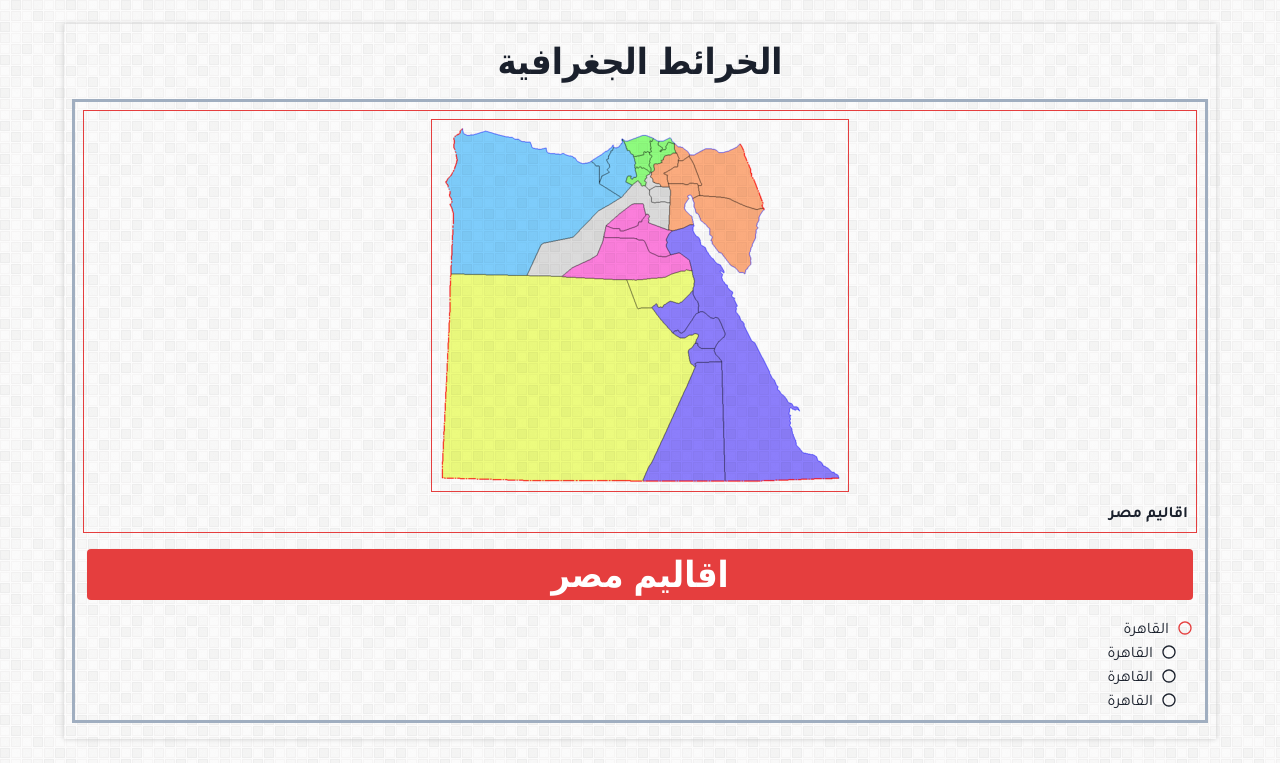
Repository: ahmed-mohamed-eng/egypt-gov-map
Page: /
The author's editor kept a copy of each file at every save. The page is drawn from the files as they stood at one save, then again after the next save.
The browser window is 1280 px wide. The pictures show the whole page.
Some web fonts or font styles are not loaded; a fallback is used. The project was rebuilt for these pictures with package versions that can differ from the ones it lists, and the page was loaded fresh each time. The framework's server and built-in components were replaced by stand-ins that run in the browser. Also part of the build but not shown: next.config.js.

Above is the page before, as saved 2022-05-30 13:40:41.

After the next save:
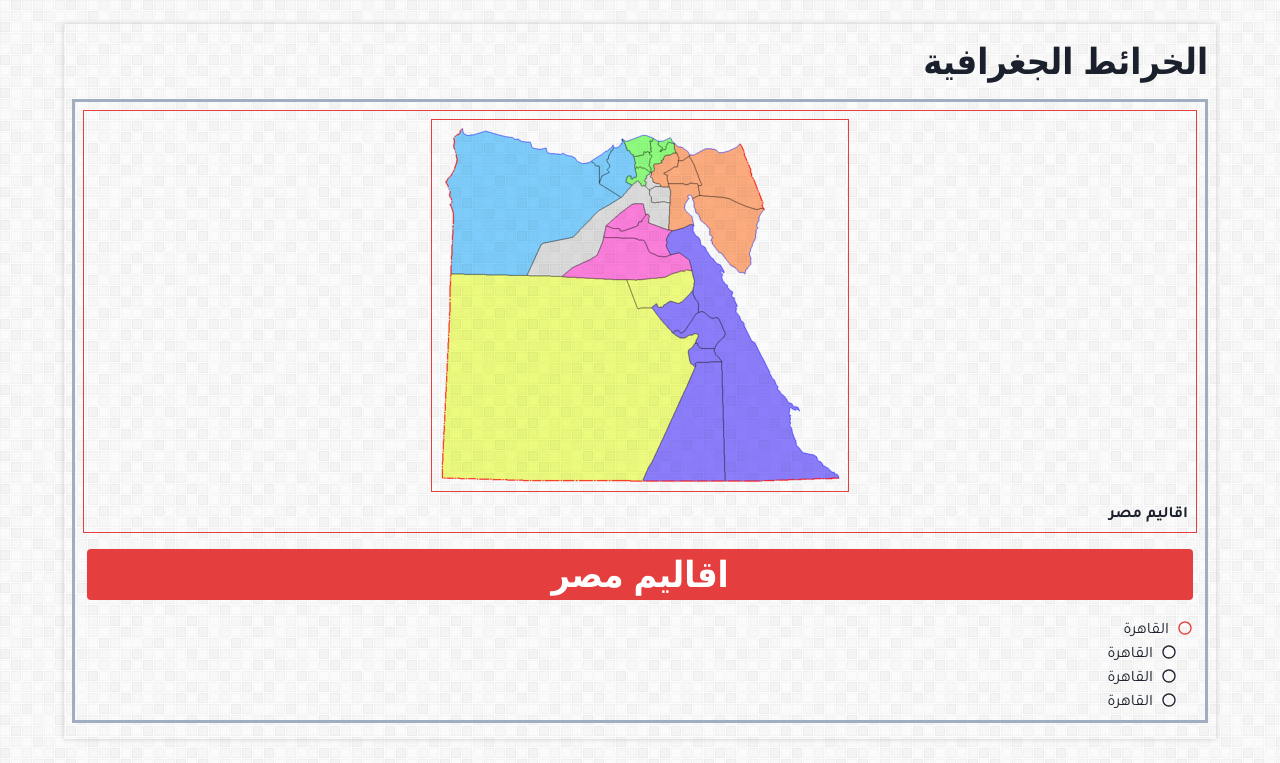
Saved 16 s later.
--- a/components/Header/Header.tsx
+++ b/components/Header/Header.tsx
@@ -8,6 +8,7 @@ export const Header = (props: HeaderProps) => {
   return (
     <Flex
       as="header"
+      w="full"
       justifyContent="center"
       alignItems="center"
       fontSize="1.5rem"
